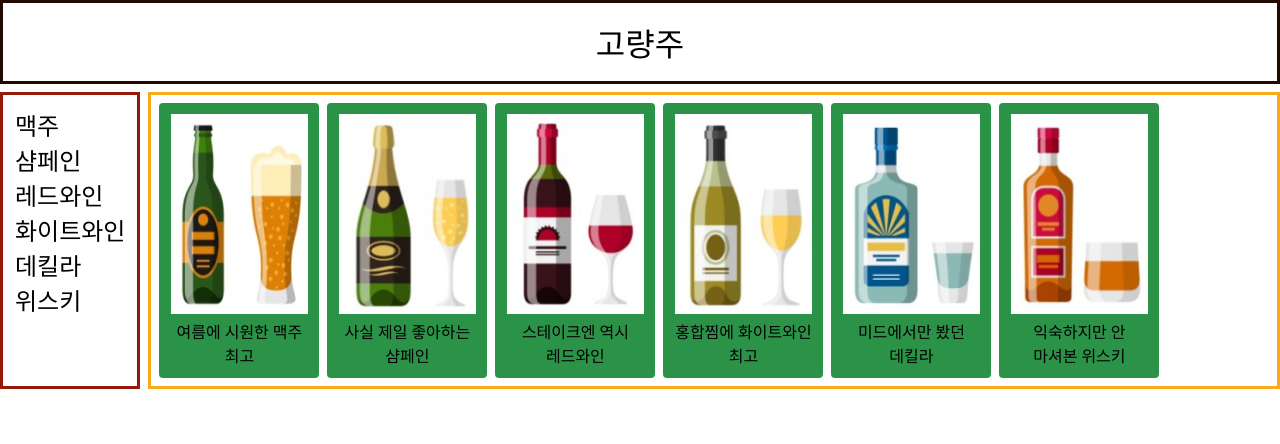
Repository: Jay-JYKim91/grj_2nd_week
Page: index.html
These files come from the project's save history. The page is drawn as it stood at one moment and after the next save; the edit follows.
The browser window is 1280 px wide. The pictures show the whole page.
Some web fonts or font styles are not loaded; a fallback is used.

Above is the page before, as saved 2022-05-03 15:31:08.

After the next save:
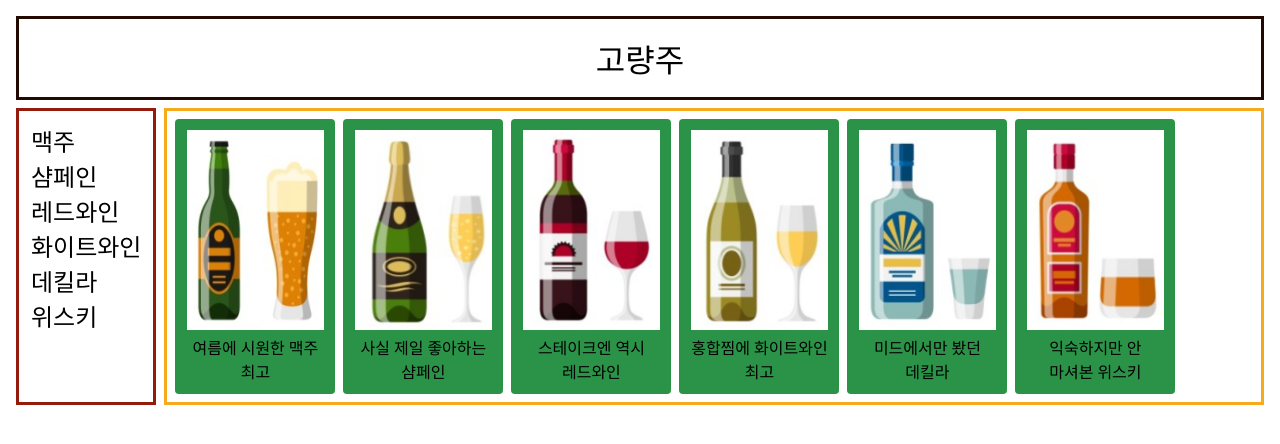
Saved 24 s later.
--- a/styles.css
+++ b/styles.css
@@ -9,6 +9,10 @@ html,
 body {
   height: 100%;
   margin: 0;
+}
+
+body {
+  padding: 1rem;
 }
 
 header {
